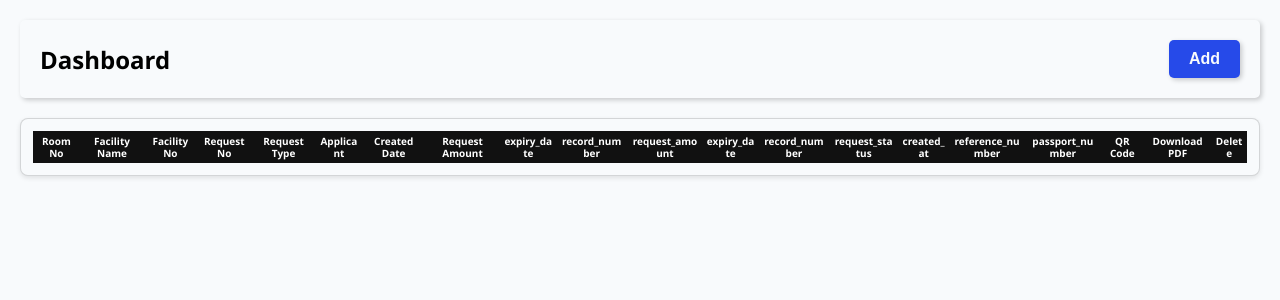
Repository: irfan-shah-sherani/Travel-Tour
Page: public/index.html
The author's editor kept a copy of each file at every save. The page is drawn from the files as they stood at one save, then again after the next save.
The browser window is 1280 px wide. The pictures show the whole page.
The page's requests for data from a server got no answer.

Above is the page before, as saved 2025-07-11 05:00:15.

### public/index.html
<!DOCTYPE html>
<html lang="en">

<head>
  <meta charset="UTF-8" />
  <meta name="viewport" content="width=device-width, initial-scale=1.0" />
  <title>Dashboard</title>
  <link rel="stylesheet" href="index.css" />
  <!-- <link
      rel="stylesheet"
      href="/public/Dashboard.css"
      integrity="sha512-..."
      crossorigin="anonymous"
      referrerpolicy="no-referrer"
    /> -->
</head>

<body>
  <main>
    <!-- main content -->
    <div class="main-content">
      <!-- TOP-nav -->
      <nav class="main-nav">
        <div class="page-name">
          <i class="fas fa-bars"></i>
          <p>Dashboard</p>
        </div>
        <div class="button">
          <button id="addPersonBtn">Add</button>
        </div>
      </nav>

      <!-- main content  end -->
      <div class="table-container">
        <table>
          <tr>
            <th>Room No</th>
          <th>Facility Name</th>
          <th>Facility No</th>
          <th>Request No</th>
          <th>Request Type</th>
          <th>Applicant</th>
          <th>Created Date</th>
          <th>Request Amount</th>
          <th>expiry_date</th>
          <th>record_number</th>
          <th>request_amount</th>
          <th>expiry_date</th>
          <th>record_number</th>
          <th>request_status</th>
          <th>created_at</th>
          <th>reference_number</th>
          <th>passport_number</th>
          <th>QR Code</th>
          <th>Download PDF</th>
          <th>Delete</th>
          </tr>
          <tbody id="person-table-body">
            <!-- JS will populate this -->
          </tbody>
        </table>

        <!-- ✅ Place script here -->
        <script>
  fetch("/api/")
    .then((res) => res.json())
    .then((data) => {
      const tbody = document.getElementById("person-table-body");
      tbody.innerHTML = "";
      data.forEach((record) => {
        const tr = document.createElement("tr");
        tr.innerHTML = `
          <td>${record.record_id}</td>
          <td>${record.room_name}</td>
          <td>${record.facility_name}</td>
          <td>${record.facility_number}</td>
          <td>${record.request_number}</td>
          <td>${record.request_type}</td>
          <td>${record.applicant_name}</td>
          <td>${record.creation_date}</td>
          <td>${record.request_amount}</td>
          <td>${record.expiry_date}</td>
          <td>${record.record_number}</td>
          <td>${record.request_status}</td>
          <td>${record.reference_number}</td>
          <td>${record.passport_number}</td>
          <td>${record.qrcode_url ? `<img src="${record.qrcode_url}" class="qr-img" alt="QR Code">` : "No QR"}</td>
          <td>
            <a href="/api/download-pdf?token=${record.qr_token}">
              <button type="button">Download PDF</button>
            </a>
          </td>
          <td>
            <form action="/delete/${record.qr_token}" method="POST" onsubmit="return confirm('Are you sure you want to delete this record?');">
              <button type="submit">Delete</button>
            </form>
          </td>
        `;

                tbody.appendChild(tr);
              });
            });
        </script>
        </table>
      </div>

      <!-- Trigger Button OUTSIDE -->
      <!-- Add Room Form (initially hidden in CSS or JS) -->
      <div class="add-new add-new-person">
        <h2 class="form-title">Add New Person</h2>
        <form class="person-form" action="/" method="POST">
          <div class="inputForm">
            <!-- Left Side -->
            <div class="left-side">
              <div class="form-group">
                <label for="room_number">Room No </label>
                <input type="text" id="room_number" name="room_number" required />
              </div>

              <div class="form-group">
                <label for="facility_name">Facility Name </label>
                <input type="text" id="facility_name" name="facility_name" required />
              </div>

              <div class="form-group">
                <label for="facility_number">Facility number </label>
                <input type="text" id="facility_number" name="facility_number" required />
              </div>

              <div class="form-group">
                <label for="request_number">Request number </label>
                <input type="number" id="request_number" name="request_number" step="0.01" required />
              </div>

              <div class="form-group">
                <label for="request_type">Request Type</label>
                <input type="text" id="request_type" name="request_type" required />
              </div>
            </div>

            <!-- Center Side -->
            <div class="center-side">
              <div class="form-group">
                <label for="applicant">Applicant</label>
                <input type="text" id="applicant" name="applicant" />
              </div>

              <div class="form-group">
                <label for="created">Created</label>
                <input type="text" id="created" name="created" />
              </div>

              <div class="form-group">
                <label for="amount">Amount</label>
                <input type="text" id="amount" name="amount" />
              </div>

              <div class="form-group">
                <label for="expiry">Expiry</label>
                <input type="text" id="expiry" name="expiry" />
              </div>

              <div class="form-group">
                <label for="record_number">Record number</label>
                <input type="text" id="record_number" name="record_number" />
              </div>
            </div>

            <!-- Right Side -->
            <div class="right-side">
              <div class="form-group">
                <label for="status">Status</label>
                <input type="text" id="status" name="status" />
              </div>

              <div class="form-group">
                <label for="reference_number">Reference number</label>
                <input type="text" id="reference_number" name="reference_number" />
              </div>

              <div class="form-group">
                <label for="passport_number">Passport number</label>
                <input type="text" id="passport_number" name="passport_number" />
              </div>

            </div>
          </div>

          <div class="button-group">
            <button type="button" class="cancelbtn">Cancel</button>
            <button type="submit" class="submit-person-btn">Add Person</button>
          </div>
        </form>
      </div>

    </div>
  </main>
  <script src="index.js"></script>
</body>

</html>

### public/index.css
* {
  margin: 0;
  padding: 0;
  box-sizing: border-box;
}
:root {
  --primary-gradient: linear-gradient(135deg, #667eea 0%, #764ba2 100%);
  --card-shadow: 0 4px 6px rgba(0, 0, 0, 0.1);
  --card-hover-shadow: 0 8px 15px rgba(0, 0, 0, 0.2);
}
body {
  font-family: "Segoe UI", Tahoma, Geneva, Verdana, sans-serif;
  background-color: #f8fafc;
}
main {
  display: flex;
  /* display: flex; */
}
/* .sidebar {
  position: fixed;
  display: flex;
  align-items: center;
  flex-direction: column;
  width: 250px;
  height: 100vh;
  padding: 20px;
  background: var(--primary-gradient);
  border-radius: 10px 0px 0px 10px;
  color: #f8fafc;
}
.cross-icon {
  display: none;
  justify-content: right;
  color: #f8fafc;
  font-size: 2rem;
  cursor: pointer;
}
.logo {
  display: flex;
  align-items: center;
  gap: 10px;
  margin-bottom: 10px;
  border-bottom: 1px solid rgba(255, 255, 255, 1);
  padding-bottom: 20px;
}
.logo p {
  font-size: 24px;
  font-weight: 600;
}
.sidebar img {
  display: block;
  width: 50px;
  height: 50px;
  object-fit: cover;
  object-position: center;
  border-radius: 5px;
}
.logo hr {
  width: 100px;
  height: 2px;
  color: rgba(255, 255, 255, 0.1);
}
.links ul li {
  list-style: none;
  margin: 5px;
}
.links ul li a {
  display: flex;
  padding-left: 20px;
  align-items: center;
  width: 200px;
  height: 50px;
  text-decoration: none;
  gap: 10px;
  border-radius: 10px;
  transition: all 0.3s ease;
  color: rgba(255, 255, 255, 0.85);
}
.links ul li a:hover {
  background-color: rgba(255, 255, 255, 0.1);
  transform: translateX(5px);
}
.links ul li a.active {
  background-color: rgba(255, 255, 255, 0.1);
  transform: translateX(5px);
} */
/* main content */
.main-content {
  display: flex;
  /* margin-left: 250px; */
  flex-direction: column;
  background-color: #f8fafc;
  width: 100%;
  padding: 20px;
  gap: 20px;
}
.main-content nav {
  display: flex;
  justify-content: space-between;
  align-items: center;
  border-radius: 5px;
  width: 100%;
  background-color: #f8fafc;
  padding: 20px;
  box-shadow: 2px 2px 5px rgba(0, 0, 0, 0.2);
}
.page-name {
  display: flex;
  align-items: center;
  gap: 10px;
}
.page-name p {
  font-size: 24px;
  font-weight: 600;
}
.page-name i {
  display: none;
  cursor: pointer;
  font-size: 24px;
  font-weight: 600;
}
.button {
  display: flex;
  align-items: center;
  gap: 10px;
}
.button button {
  padding: 10px 20px;
  border-radius: 5px;
  border: none;
  background-color: #264ae9;
  color: #f8fafc;
  font-size: 16px;
  font-weight: 600;
  box-shadow: 2px 2px 5px rgba(0, 0, 0, 0.2);
  cursor: pointer;
  transition: all 0.05s ease-in-out;
}
.button button:hover {
  transform: translateY(2px);
}

/* table */
/* General Table Styling */
.table-container {
  width: 100%;
  overflow-x: auto;
  background-color: #f8fafc;
  border-radius: 8px;
  border: 1px solid rgba(0, 0, 0, 0.15);
  box-shadow: 0 2px 5px rgba(0, 0, 0, 0.1);
  padding: 12px;
  box-sizing: border-box;
}

/* Table Reset */
table {
  width: 100%;
  border-collapse: collapse;
  font-size: 10px;
  table-layout: auto;
}

/* Table Header */
.table-container table th {
  background-color: #111;
  color: #fff;
  font-weight: 600;
  font-size: 10px;
  padding: 4px;
  text-align: center;
  vertical-align: middle;
  white-space: normal;
  line-height: 1.2;
  word-break: break-word;
}

/* Force words like "Request Number" to wrap into 2 lines */
.table-container table th {
  max-width: 90px;
}

/* Table Body */
.table-container table td {
  white-space: nowrap;
  text-align: center;
  vertical-align: middle;
  padding: 8px 6px;
}

/* Row Hover Effect */
.table-container table tr:hover {
  background-color: #e2e8f0;
  transition: background-color 0.2s;
}

/* Button Styling */
.btn {
  padding: 4px 8px;
  font-size: 10px;
  border-radius: 4px;
  border: none;
  cursor: pointer;
  transition: 0.2s;
}

/* Delete Button */
.delete-form {
  border: 1px solid #ef4444;
  color: #ef4444;
  background: transparent;
}
.delete-form:hover {
  background-color: #fee2e2;
}

/* Download Button (optional styling) */
.download-btn {
  background-color: #2563eb;
  color: white;
  border: none;
}
.download-btn:hover {
  background-color: #1d4ed8;
}

.add-new {
  display: none;
  width: 80%;
  max-height: 90vh; /* limit height */
  overflow-y: auto;  /* enable scroll if content too tall */
  position: absolute;
  top: 50%;
  left: 50%;
  transform: translate(-50%, -50%);
  background-color: white;
  padding: 20px;
  border-radius: 8px;
  box-shadow: 0 0 10px rgba(0, 0, 0, 0.5);
  font-family: Arial, sans-serif;
  z-index: 10;
}

.form-title {
  font-size: 24px;
  font-weight: 600;
  margin-bottom: 10px;
}

/* Reduce spacing */
.person-form {
  display: flex;
  flex-direction: column;
  gap: 10px;
}

.inputForm {
  display: flex;
  justify-content: space-between;
  gap: 20px;
}

/* Equal columns */
.left-side,
.center-side,
.right-side {
  flex: 1;
}
label {
  font-size: 14px;
  font-weight: 500;
  margin-bottom: 5px;
}
/* Compact input spacing */
.form-group {
  display: flex;
  flex-direction: column;
  margin-bottom: 10px;
}

input,
textarea,
select {
  padding: 5px;
  font-size: 16px;
}

/* Buttons */
.button-group {
  display: flex;
  justify-content: flex-end;
  gap: 10px;
  margin-top: 0px;
}

button {
  padding: 8px;
  font-size: 13px;
  border: none;
  border-radius: 5px;
  cursor: pointer;
}

.cancel-person-btn {
  background-color: #6c757d;
  color: white;
}

.submit-person-btn {
  background-color: #007bff;
  color: white;
}

/* Responsive */
@media (max-width: 768px) {
  .inputForm {
    flex-direction: column;
  }

  .left-side,
  .center-side,
  .right-side {
    width: 100%;
  }
}
.qr-img {
  width: 30px;
  height: 30px;
  object-fit: contain;
  display: block;
}

### public/index.js
const addPersonBtn = document.getElementById("addPersonBtn");
const addNewPerson = document.querySelector(".add-new");
const cancelPersonBtn = document.querySelector(".cancelbtn");
const submitPersonBtn = document.querySelector(".submit-person-btn");

addPersonBtn?.addEventListener("click", () => {
  addNewPerson.style.display = "block";
});

cancelPersonBtn?.addEventListener("click", () => {
  addNewPerson.style.display = "none";
});

submitPersonBtn?.addEventListener("click", () => {
  addNewPerson.style.display = "none";
});

After the next save:
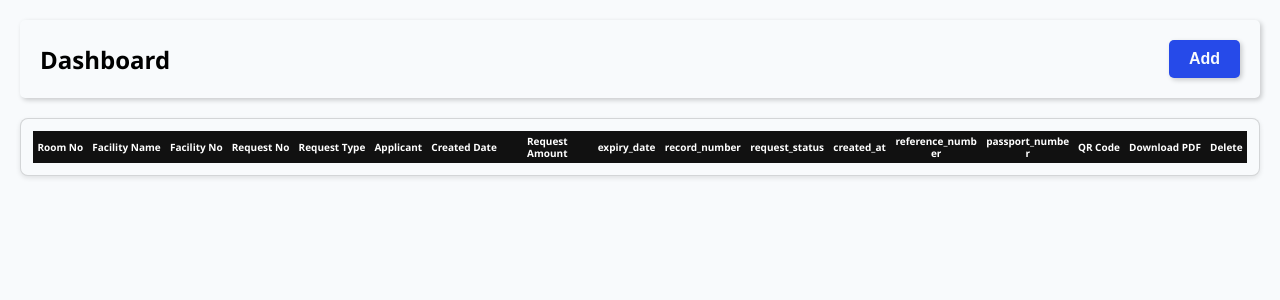
Saved 16 s later.
--- a/public/index.html
+++ b/public/index.html
@@ -42,9 +42,6 @@
           <th>Applicant</th>
           <th>Created Date</th>
           <th>Request Amount</th>
-          <th>expiry_date</th>
-          <th>record_number</th>
-          <th>request_amount</th>
           <th>expiry_date</th>
           <th>record_number</th>
           <th>request_status</th>
